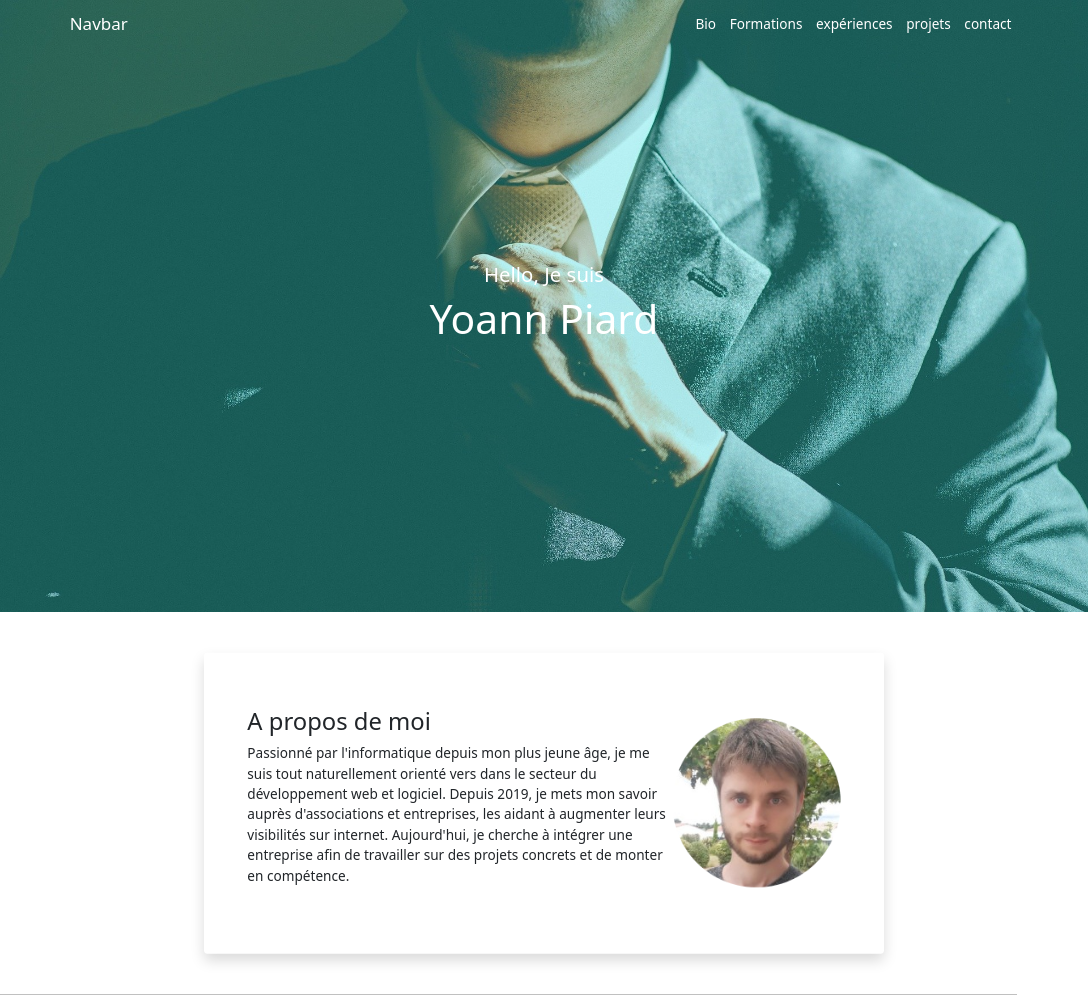
Repository: ypiard85/port-folio-bootstrap-yoann-2021
Page: index.html
An editor plug-in stored every save of this project. The page is shown before and after the next save, followed by the edit.
The browser window is 1280 px wide. The pictures show the whole page, at 85% of full size.

Above is the page before, as saved 2021-03-09 14:14:11.

After the next save:
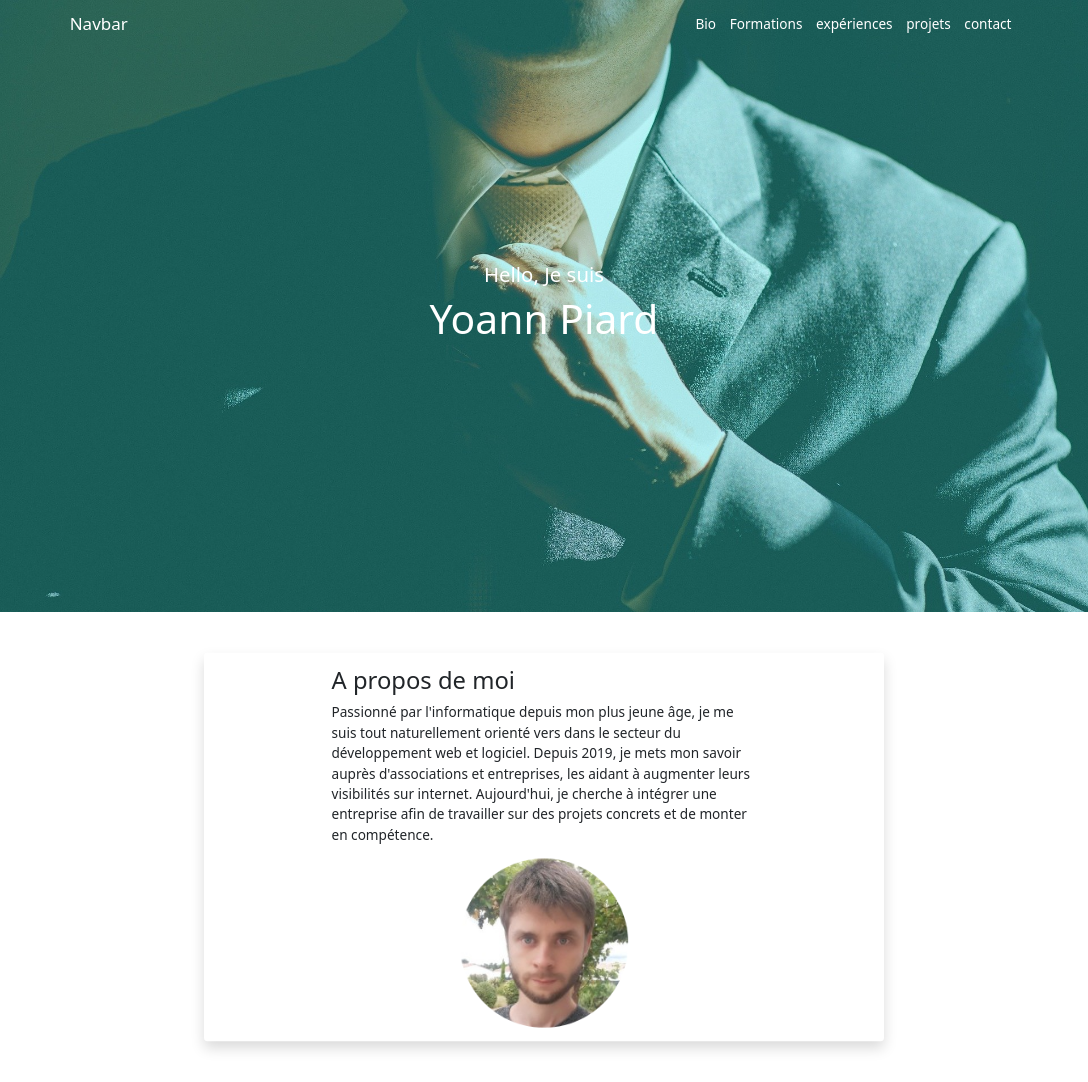
Saved 5 s later.
--- a/index.html
+++ b/index.html
@@ -47,7 +47,7 @@
 
           <section class="about_me container mt-5 mb-5">
                 <div class="p-3 about_card shadow rounded flex-wrap justify-content-center align-items-center align-content-center d-flex">
-                    <div class="about_presentation my-5">
+                    <div class="about_presentation mx-5">
                         <h3>A propos de moi</h3>
                         <p>Passionné par l'informatique depuis mon plus jeune âge, je me suis tout naturellement orienté vers dans le secteur du développement web et logiciel. Depuis 2019, je mets mon savoir auprès d'associations et entreprises, les aidant à augmenter leurs visibilités sur internet. Aujourd'hui, je cherche à intégrer une entreprise afin de travailler sur des projets concrets et de monter en compétence.</p>
                     </div>
